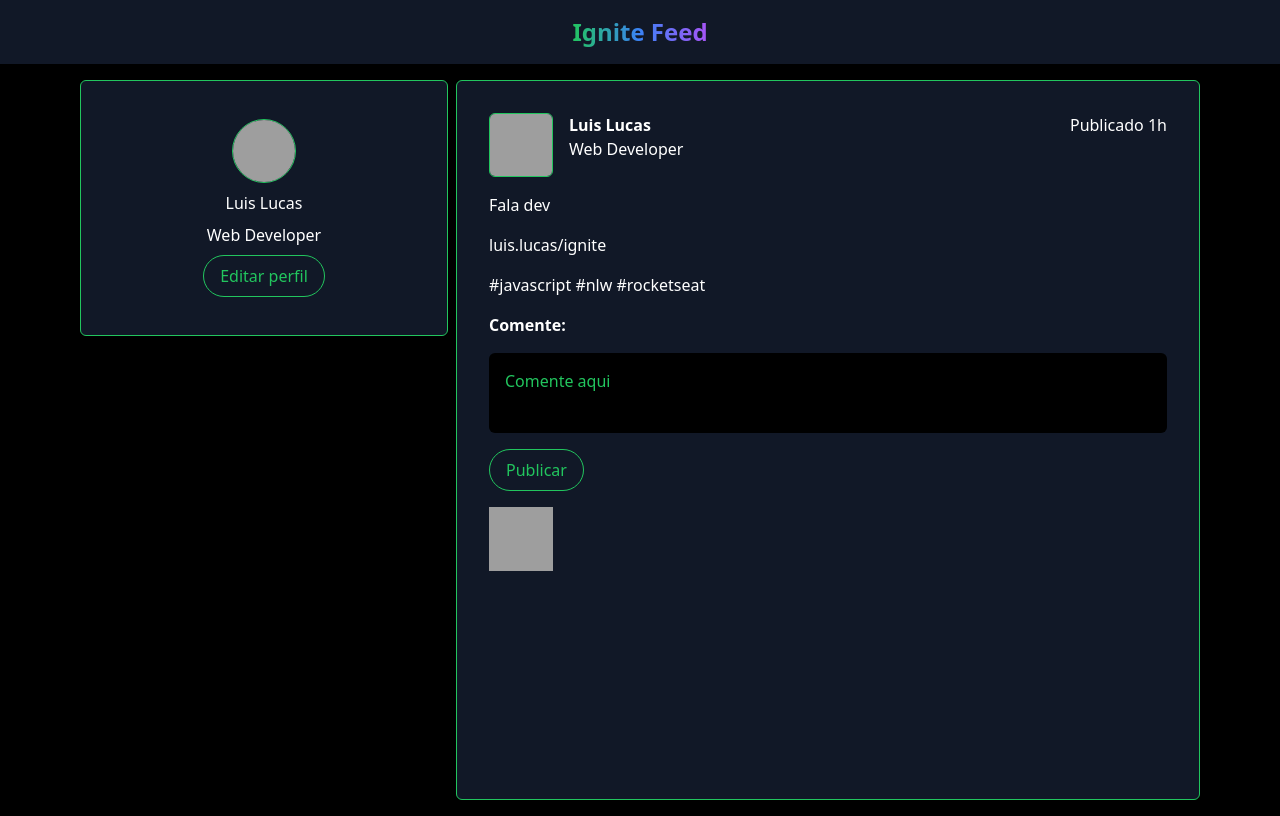
Repository: LuisSempre/ignite-feed
Page: /
An editor plug-in stored every save of this project. The page is shown before and after the next save, followed by the edit.
The browser window is 1280 px wide. The pictures show the whole page.
Pictures or frames that could not be fetched are drawn as grey boxes. The project was rebuilt for these pictures with package versions that can differ from the ones it lists, and the page was loaded fresh each time. Also part of the build but not shown: vite.config.js.

Above is the page before, as saved 2022-07-14 21:24:23.

### src/App.jsx
import { Header } from "./Components/Header"
import { Sidebar } from "./Components/Sidebar"
import { Post } from "./Components/Post"

function App() {
  return (
    <div>
      <Header />
      <div className="grid items-start max-w-6xl grid-cols-3 gap-2 p-4 mx-auto">
        <Sidebar />
        <div className="col-span-2">
         <Post />
        </div>
      </div>
    </div>
  );
}

export default App;

### src/index.css
@tailwind base;
@tailwind components;
@tailwind utilities;

body {
    @apply bg-black text-white;
}

### src/Components/Header.jsx
export function Header() {
  return (
    <div className="flex items-center justify-center h-16 bg-gray-900 mx-auto w-full">
      <h1 className="text-2xl font-bold text-transparent bg-clip-text bg-gradient-to-r from-green-500  via-blue-500 to-purple-500">Ignite Feed</h1>
    </div>
  )
}

### src/Components/Sidebar.jsx
export function Sidebar() {
  return (
    <div className="rounded-md bg-gray-900 justify-center items-center flex flex-col text-center h-64 space-y-2  border border-green-500">
        <img
          className="w-16 h-16 rounded-full overflow-hidden object-cover border border-green-500"
          src="https://avatars.githubusercontent.com/u/32404639?v=4"
          alt=""
        />
        <h1>Luis Lucas</h1>
        <span>Web Developer</span>
        <a
          href=""
          className="border border-green-500 px-4 py-2 rounded-full text-green-500"
        >
          Editar perfil
        </a>
    </div>
  );
}

### src/Components/Post.jsx
import { Comment } from "./Comment"

export function Post() {
  return (
    <div className="h-screen p-8 space-y-4 bg-gray-900 border border-green-500 rounded-md ">
      <div className="flex justify-between ">
        <div className="flex gap-4">
          <img
            className="w-16 h-16 border border-green-500 rounded-md"
            src="https://github.com/luissempre.png"
            alt=""
          />
          <div className="flex flex-col">
            <strong>Luis Lucas </strong>
            <span>Web Developer</span>
          </div>
        </div>
        <div>
          <time dataTime="2022-05-11 08:13:00">Publicado 1h</time>
        </div>
      </div>
      <div className="space-y-4">
        <p>Fala dev</p>
        <p>luis.lucas/ignite</p>
        <p>#javascript #nlw #rocketseat</p>
      </div>

      <form className="flex flex-col items-start justify-start space-y-4">
        <strong>Comente:</strong>
        <textarea
          className="w-full p-4 placeholder-green-500 bg-black rounded-md resize-none focus:-green-500"
          placeholder="Comente aqui"
        />
          <button
            type="submit"
            className="px-4 py-2 text-green-500 border border-green-500 rounded-full"
          >
            Publicar
          </button>
      </form>
      <Comment />
    </div>
  );
}

### src/Components/Comment.jsx
export function Comment() {
  return (
    <div className="flex">
      <div>
        <img
          className="w-16 h-16"
          src="https://github.com/LuisSempre.png"
          alt=""
        />
      </div>
    </div>
  );
}

Loaded but not shown: index.html (common file); src/main.jsx (common file); tailwind.config.js (common file)

After the next save:
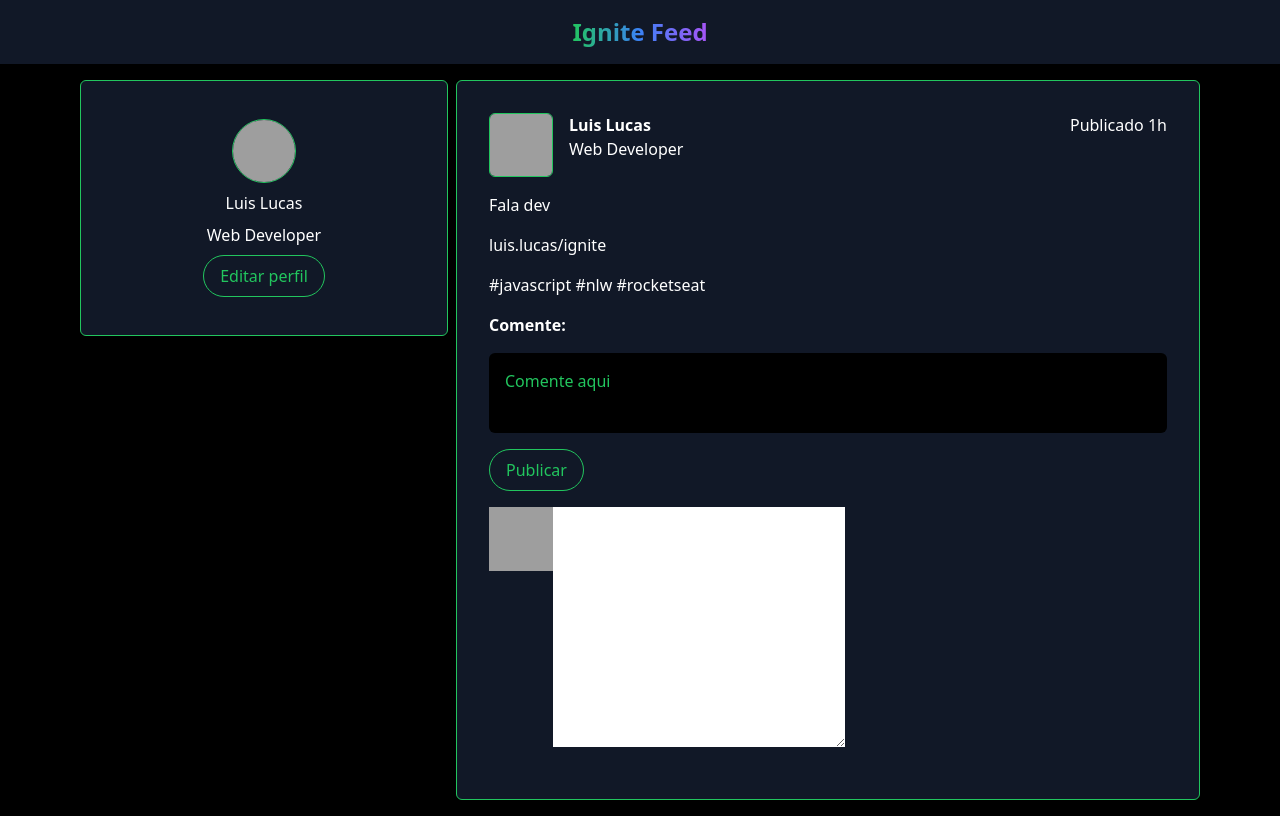
Saved 19 s later.
--- a/src/Components/Comment.jsx
+++ b/src/Components/Comment.jsx
@@ -8,6 +8,9 @@ export function Comment() {
           alt=""
         />
       </div>
+      <div>
+        <textarea name="" id="" cols="30" rows="10"></textarea>
+      </div>
     </div>
   );
 }

After the save that followed:
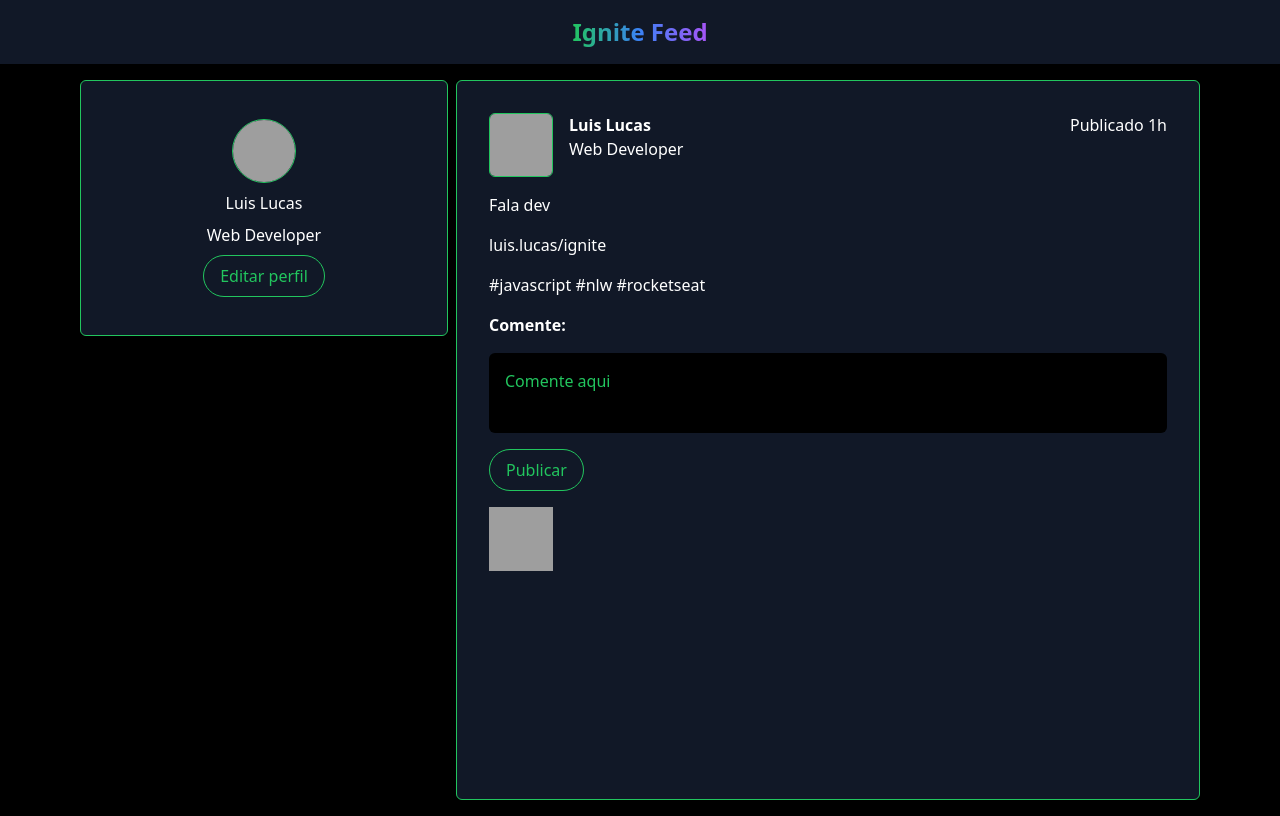
Saved 9 s later.
--- a/src/Components/Comment.jsx
+++ b/src/Components/Comment.jsx
@@ -9,7 +9,7 @@ export function Comment() {
         />
       </div>
       <div>
-        <textarea name="" id="" cols="30" rows="10"></textarea>
+
       </div>
     </div>
   );
